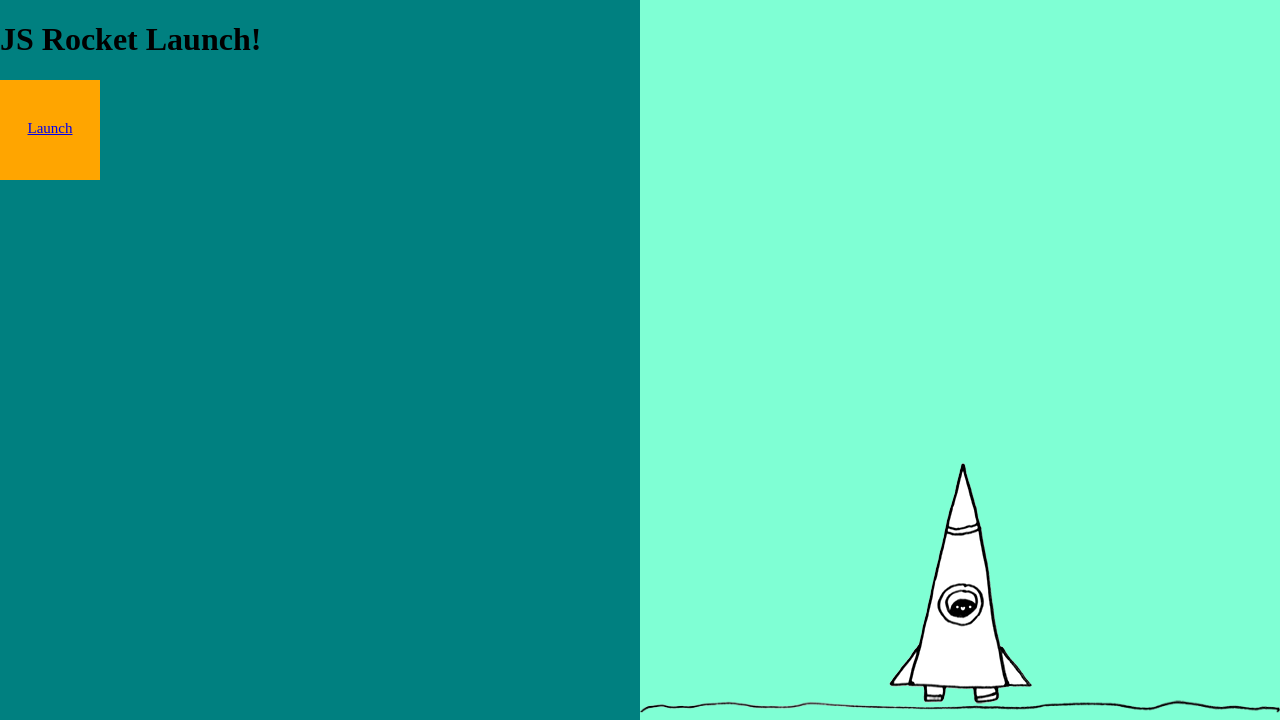
Repository: alcarrizo/Rocket-launch
Page: index.html
An editor plug-in stored every save of this project. The page is shown before and after the next save, followed by the edit.
The browser window is 1280 px wide. The pictures show the whole page.

Above is the page before, as saved 2022-10-20 22:38:16.

### index.html
<!DOCTYPE html>
<html lang="en">
<head>
    <meta charset="UTF-8">
    <meta http-equiv="X-UA-Compatible" content="IE=edge">
    <meta name="viewport" content="width=device-width, initial-scale=1.0">
    <title>Rocket Launch sequence</title>
    <script type="text/javascript" src="js/script.js"> </script>
    <link rel="stylesheet" href="css/style.css">
</head>
<body class="body-state1" id="body">
    <div class="left">
        <div class="interface state1">
            <h1>JS Rocket Launch!</h1>
            <a href="#" class="button" onclick="changeState(2);">Launch</a>
        </div>
        <div class="interface  state2">
            <h1 class="countdown" id="countdown">10</h1>
            <a href="#" class="button" onclick="changeState(1);">Abort</a>
        </div>
        <div class="interface state3">
            <h1>Lift Off!</h1>
        </div>
        <div class="interface state4">
            <h1>Well done!</h1>
            <a href="#" class="button" onclick="changeState(1);">Do it again</a>
        </div>
        <div class="interface state5">
            <h1>Oh No!!!!</h1>
            <a href="#" class="button" onclick="changeState(1);">Try Again!</a>
        </div>
    </div>

    <div class="right">
        <div class="rocket" id="rocket"></div>
        <div class="ground"></div>
        <div class="nervous" id="nervous"></div>
        <div class="cant-wait" id="cant-wait"></div>
    </div>
</body>
</html>

### js/script.js
/*var countDown = function (i) {
    console.log(i)
    setTimeout(function () {
        i--
        document.getElementById("countdown").innerHTML = i;
        if (document.getElementById('body').className != 'body-state1') {
            if (i > 0) {
                countDown(i)
            }
            else {
                changeState(3)
            }
        }

    }, 1000)
}*/
var timer = null;
var CountDownNum = 10;
var changeState = function (state) {
    document.body.className = 'body-state' + state;
    clearInterval(timer);
    if (state != 2 && document.getElementById('countdown').innerHTML != 10) {
        CountDownNum = 10;
        document.getElementById('countdown').innerHTML = CountDownNum;
    }
    if (state == 2) {
        timer = setInterval(() => {
            CountDownNum -= 1;
            document.getElementById('countdown').innerHTML = CountDownNum;
            if (CountDownNum > 4 && CountDownNum <= 7) {
                document.getElementById('nervous').className = 'nervous show';
            }
            else {
                document.getElementById('nervous').className = 'nervous';
            }
            if (CountDownNum > 1 && CountDownNum <= 4) {
                document.getElementById('cant-wait').className = 'cant-wait show';
            }
            else {
                document.getElementById('cant-wait').className = 'cant-wait';
            }
            if (CountDownNum <= 0) {
                changeState(3);

            };
        }, 200);
    }
    else if (state == 3) {
        var success = setTimeout(() => {
            var randomNum = Math.round(Math.random() * 10)
            //success
            console.log('random number: ' + randomNum)
            if (randomNum > 5) {
                changeState(4)
            }
            else {
                //fail
                changeState(5)
            }

        }, 2000);
    }
    // if (state == 1) {
    //     document.body.className = 'body-state1'
    // }
    // else if (state == 2) {
    //     document.body.className = 'body-state2'
    //     countDown(10)
    //     // for (let i = 10; i >= 0; i--) {
    //     //     setTimeout()
    //     //     document.getElementById("countdown").innerHTML = i;
    //     // }
    // }
    // else if (state == 3) {
    //     document.body.className = 'body-state3'
    //     document.getElementById('rocket').className = 'rocket flying';
    // }
    // else if (state == 4) {
    //     document.body.className = 'body-state4'
    // }
    // else {
    //     document.body.className = 'body-state5'
    // }
    // for (let i = 10; i >= 0; i--) {
    //     bdy.content = i;
    // }
    //document.getElementById('rocket').className = 'rocket flying';
}

### css/style.css
body {
    position: relative;
}

.left {
    position: fixed;
    box-sizing: border-box;
    width: 50%;
    height: 100%;
    top: 0;
    left: 0;
    background-color: teal;
}

.right {
    position: fixed;
    box-sizing: border-box;
    width: 50%;
    height: 100%;
    top: 0;
    right: 0;
    background-color: aquamarine;
}

.rocket {
    position: absolute;
    left: 50%;
    bottom: -15px;
    width: 143px;
    height: 272px;
    background: url("../img/rocket-state1.png") no-repeat 0 0;
    background-size: 100%;
    transition: bottom 10s;
    margin-left: -71.5px;

}

.body-state1 .rocket {
    transition: none;

}


.body-state2 .rocket {

    background-image: url("../img/rocket-state2.gif");
}

.body-state3 .rocket,
.body-state4 .rocket {
    bottom: 1000px;
    background-image: url("../img/rocket-state3.gif");
}

.body-state5 .rocket {
    width: 209px;
    height: 200px;
    background: url("../img/boom.png") no-repeat 0 0;
    background-size: 100%;
}

.ground {
    position: absolute;
    bottom: 0;
    left: 0;
    background: url("../img/ground.png") no-repeat center 0;
    background-size: 100%;
    width: 100%;
    height: 20px;

}

.nervous {
    position: absolute;
    bottom: 220px;
    left: 50%;
    margin-left: -180px;
    background: url('../img/nervous.png') no-repeat 0 0;
    background-size: 100%;
    width: 223px;
    height: 100px;
}

.cant-wait {
    position: absolute;
    bottom: 220px;
    left: 50%;
    background: url('../img/cant-wait.png') no-repeat 0 0;
    background-size: 100%;
    width: 206px;
    height: 65px;
    transition: display 1s;
}

a {}

a.button {
    display: block;
    box-sizing: border-box;
    text-align: center;
    padding-top: 40px;
    height: 100px;
    width: 100px;
    font-size: 15px;
    background-color: orange;

}

.state1,
.state2,
.state3,
.state4,
.state5,
.cant-wait,
.nervous {
    display: none;
}

.cant-wait.show,
.nervous.show {
    display: block;
}


body.body-state1 .state1 {
    display: block;
}

body.body-state2 .state2 {
    display: block;
}

body.body-state3 .state3 {
    display: block;
}

body.body-state4 .state4 {
    display: block;
}

body.body-state5 .state5 {
    display: block;
}

After the next save:
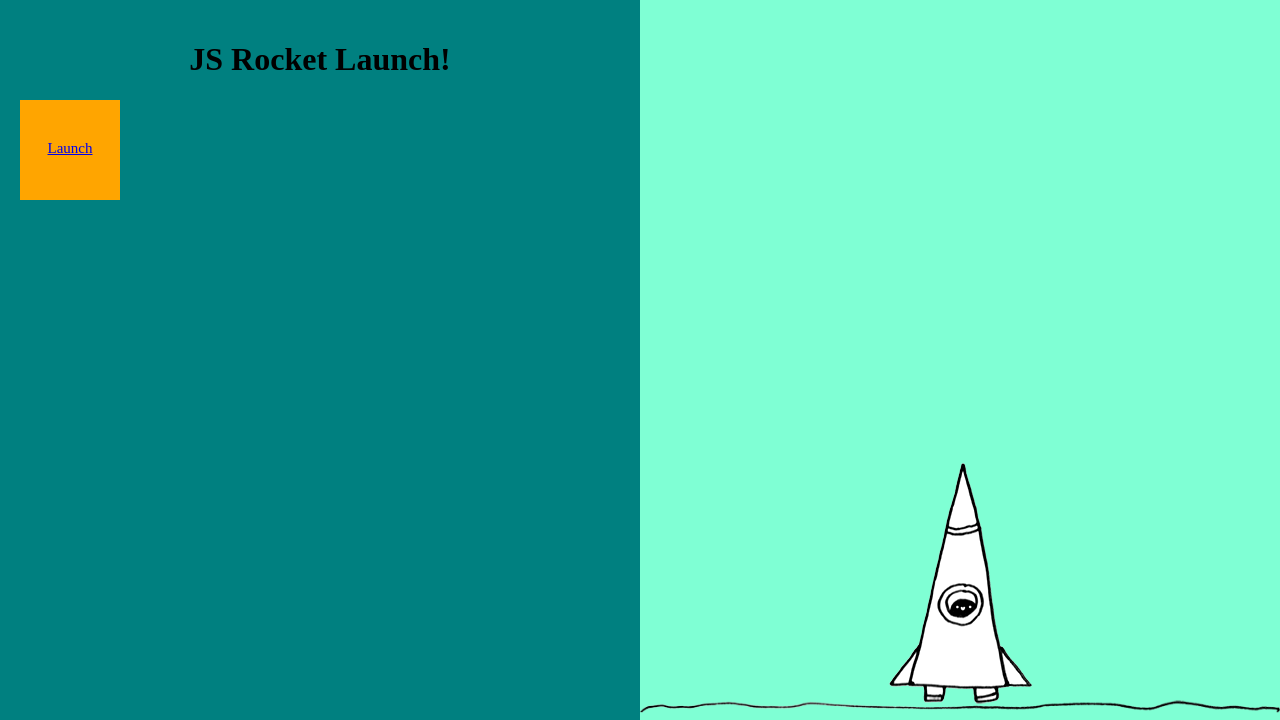
Saved 10 min 19 s later.
--- a/css/style.css
+++ b/css/style.css
@@ -121,6 +121,10 @@ a.button {
     display: block;
 }
 
+.interface {
+    text-align: center;
+    padding: 20px;
+}
 
 body.body-state1 .state1 {
     display: block;
